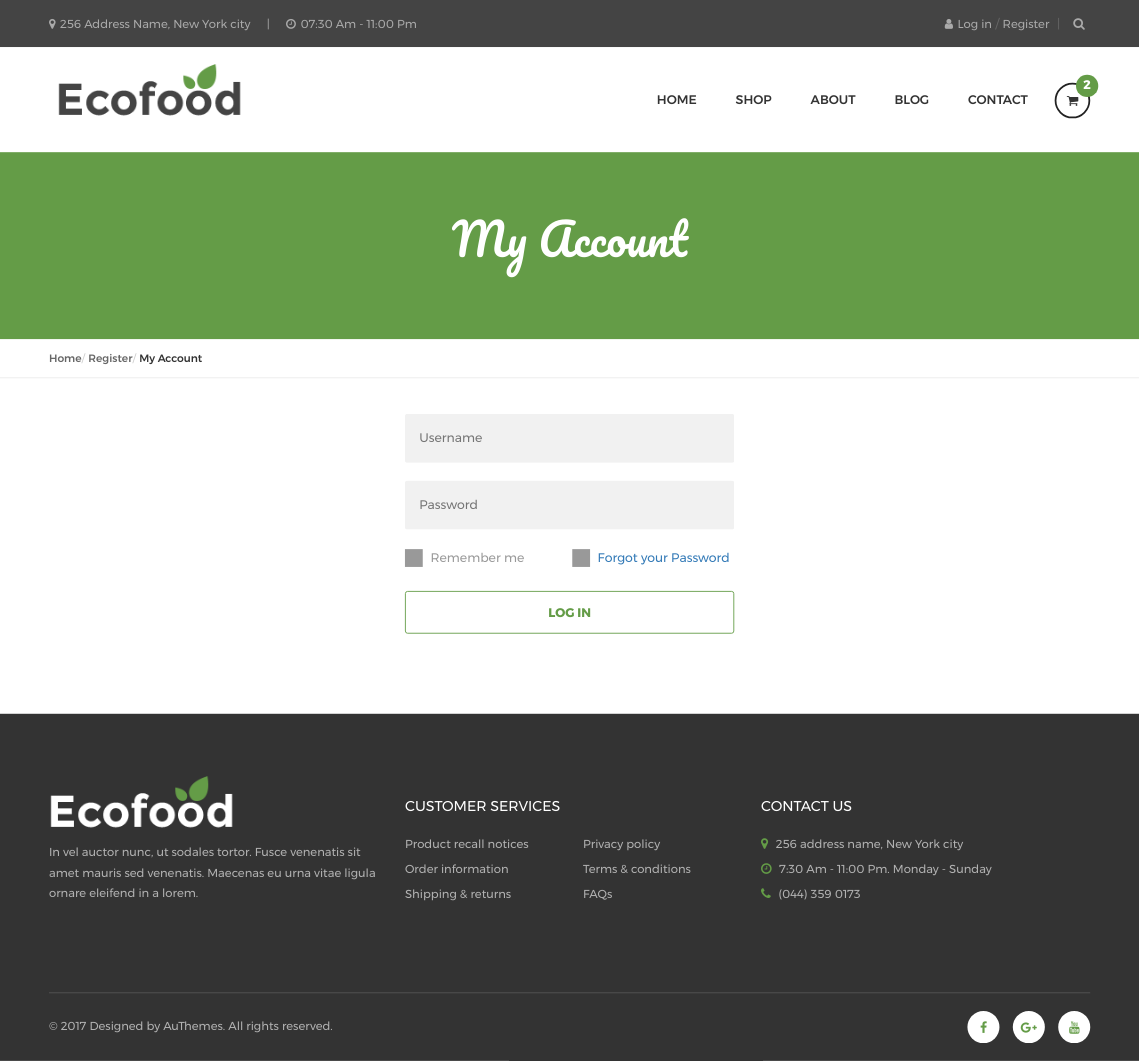
Repository: riteshyadav7878/ecofood
Page: http://localhost/login.php
An editor plug-in stored every save of this project. The page is shown before and after the next save, followed by the edit.
The browser window is 1280 px wide. The pictures show the whole page, at 89% of full size.
The page is run by PHP 8.4 with error messages shown; the project is at /var/www/html/.

Above is the page before, as saved 2024-09-09 17:51:06.

After the next save:
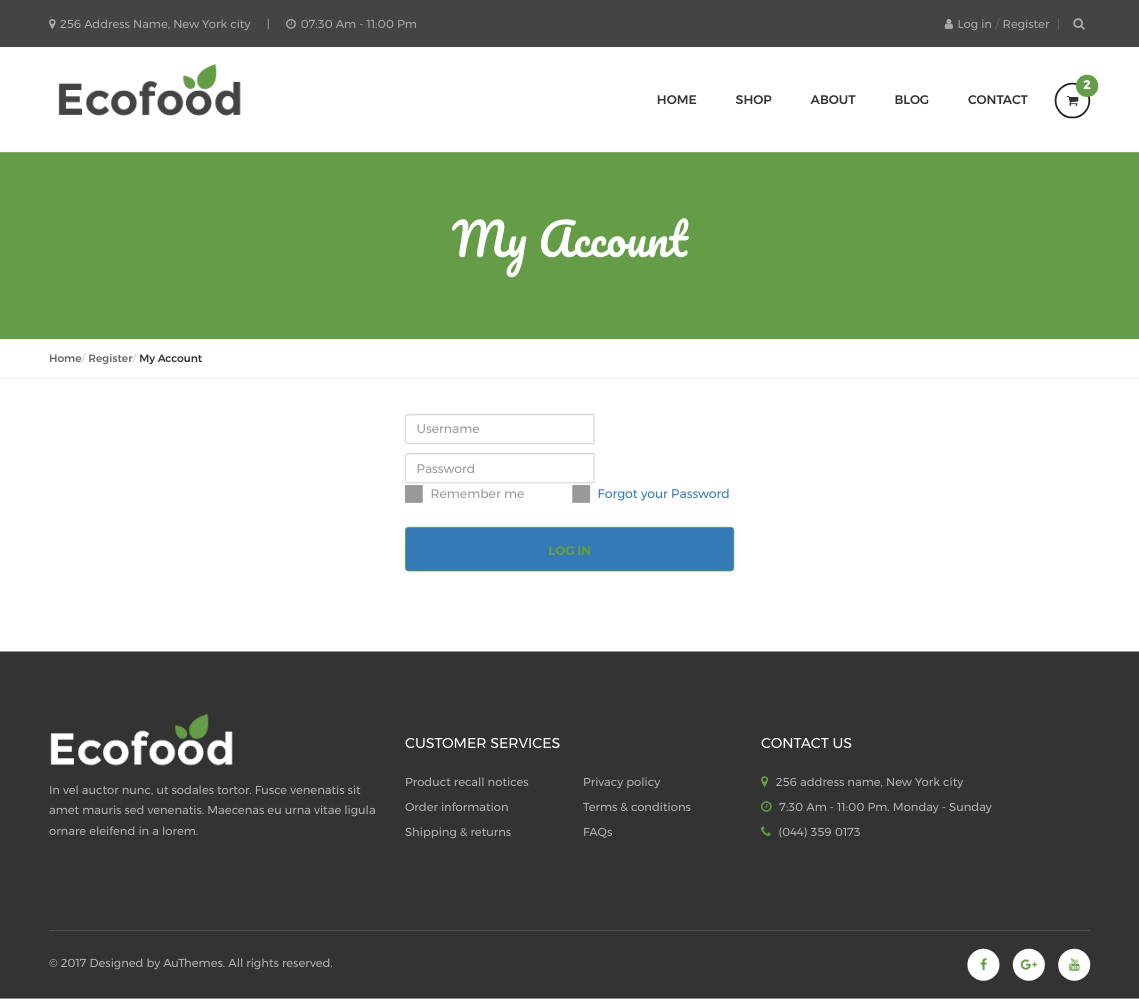
Saved 4 min 11 s later.
--- a/login.php
+++ b/login.php
@@ -45,7 +45,7 @@
 $conn->close();
 ?>
 
- <!DOCTYPE html>
+<!DOCTYPE html>
 <html class="no-js" lang="en">
 <head>
     <meta charset="UTF-8">
@@ -70,6 +70,12 @@
     <link rel="apple-touch-icon" sizes="72x72" href="apple-touch-icon-72x72.png">
     <link rel="apple-touch-icon" sizes="114x114" href="apple-touch-icon-114x114.png">
     <script src="js/modernizr-custom.js"></script>
+
+    <style>
+        .form-control, .btn-submit {
+            height: 50px; /* Set the height of the input and button to match */
+        }
+    </style>
 </head>
 <body>
     <div class="page-loader">
@@ -79,41 +85,35 @@
         <!-- Switcher content here -->
     </div>
     <header>
-
-<!--    Navbar -->
-
-
-
-<div class="section dark-background">
-<div class="container">
-<div class="header-2">
-<div class="header-left">
-<p>
-<i class="fa fa-map-marker"></i>256 Address Name, New York city
-<span>|</span>
-<i class="fa fa-clock-o"></i>07:30 Am - 11:00 Pm</p>
-</div>
-<div class="header-right">
-<div class="header-login">
-<a href="login.php">
-<i class="fa fa-user"></i>Log in</a>
-<span>/</span>
-<a href="register.php">Register</a>
-
-</div>
-<span class="divider">|</span>
-<div class="header-search">
-<button class="fa fa-search"></button>
-<div class="search-box">
-<input type="text" placeholder="Search..." />
-</div>
-</div>
-</div>
-</div>
-</div>
-</div>
-
-</header>
+        <div class="section dark-background">
+            <div class="container">
+                <div class="header-2">
+                    <div class="header-left">
+                        <p>
+                            <i class="fa fa-map-marker"></i>256 Address Name, New York city
+                            <span>|</span>
+                            <i class="fa fa-clock-o"></i>07:30 Am - 11:00 Pm
+                        </p>
+                    </div>
+                    <div class="header-right">
+                        <div class="header-login">
+                            <a href="login.php">
+                                <i class="fa fa-user"></i>Log in</a>
+                            <span>/</span>
+                            <a href="register.php">Register</a>
+                        </div>
+                        <span class="divider">|</span>
+                        <div class="header-search">
+                            <button class="fa fa-search"></button>
+                            <div class="search-box">
+                                <input type="text" placeholder="Search..." />
+                            </div>
+                        </div>
+                    </div>
+                </div>
+            </div>
+        </div>
+    </header>
 
     <?php include 'Navbar.php'; ?>
 
@@ -134,7 +134,6 @@
                         <li><a href="index.php">Home</a></li>
                         <li><a href="register.php">Register</a></li>
                         <li><a href="login.php">My Account</a></li>
-
                     </ul>
                 </div>
             </div>
@@ -146,24 +145,29 @@
             <div class="row">
                 <div class="col-md-4 col-md-push-4">
                     <div class="register-1 login-1">
-                    <form class="theme-form" method="POST" action="login.php">
-                        <input class="theme-input-text" type="text" name="username" placeholder="Username" required />
-                        <input class="theme-input-text" type="password" name="password" placeholder="Password" required />
-                        <div class="theme-checkbox">
-                            <div class="item theme-input-chk">
-                                <input type="checkbox" id="remember-me" name="remember-me" />
-                                <label for="remember-me"></label>
-                                <span>Remember me</span>
-                            </div>
-                            <div class="item theme-input-chk">
-                                <input type="checkbox" id="forgot-password" />
-                                <label for="forgot-password"></label>
-                                <span><a href="forgot_password.php">Forgot your Password</a></span>
-                            </div>
-                        </div>
-                        <button class="au-btn au-btn-border au-btn-radius btn-block btn-submit" type="submit">LOG IN</button>
-                    </form>
-
+                        <form class="theme-form" method="POST" action="login.php" onsubmit="return validateForm()">
+                            <div class="input-group">
+                                <input class="form-control" type="text" id="username" name="username" placeholder="Username" />
+                                <span id="usernameError" class="error-message" style="color:red;display:none;">Username is required</span>
+                            </div>
+                            <div class="input-group m-t-10">
+                                <input class="form-control" type="password" id="password" name="password" placeholder="Password" />
+                                <span id="passwordError" class="error-message" style="color:red;display:none;">Password is required</span>
+                            </div>
+                            <div class="theme-checkbox">
+                                <div class="item theme-input-chk">
+                                    <input type="checkbox" id="remember-me" name="remember-me" />
+                                    <label for="remember-me"></label>
+                                    <span>Remember me</span>
+                                </div>
+                                <div class="item theme-input-chk">
+                                    <input type="checkbox" id="forgot-password" />
+                                    <label for="forgot-password"></label>
+                                    <span><a href="forgot_password.php">Forgot your Password</a></span>
+                                </div>
+                            </div>
+                            <button class="btn btn-submit btn-block btn-primary" type="submit">LOG IN</button>
+                        </form>
                     </div>
                 </div>
             </div>
@@ -183,5 +187,36 @@
     <script src="js/switcher-custom.js"></script>
     <script src="js/owl-custom.js"></script>
     <script src="js/main.js"></script>
+
+    <script>
+        function validateForm() {
+            var username = document.getElementById("username");
+            var password = document.getElementById("password");
+
+            var usernameError = document.getElementById("usernameError");
+            var passwordError = document.getElementById("passwordError");
+
+            var valid = true;
+
+            username.style.borderColor = "";
+            password.style.borderColor = "";
+            usernameError.style.display = "none";
+            passwordError.style.display = "none";
+
+            if (username.value.trim() === "") {
+                username.style.borderColor = "red";
+                usernameError.style.display = "block";
+                valid = false;
+            }
+
+            if (password.value.trim() === "") {
+                password.style.borderColor = "red";
+                passwordError.style.display = "block";
+                valid = false;
+            }
+
+            return valid;
+        }
+    </script>
 </body>
 </html>

After the 2 saves that followed:
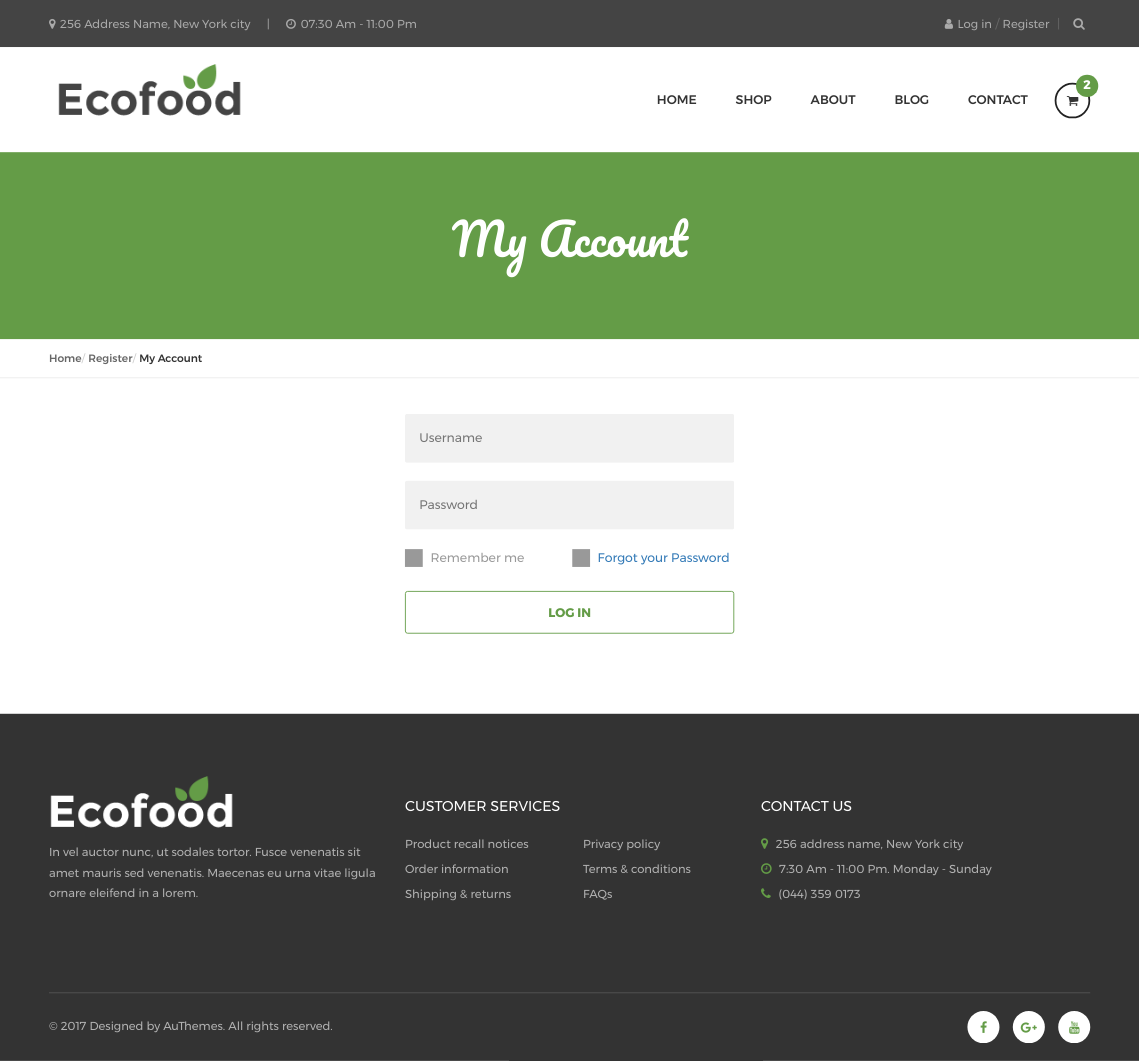
The 2 saves are shown as one change because they came seconds apart.
The last was saved 13 s later.
--- a/login.php
+++ b/login.php
@@ -45,7 +45,7 @@
 $conn->close();
 ?>
 
-<!DOCTYPE html>
+ <!DOCTYPE html>
 <html class="no-js" lang="en">
 <head>
     <meta charset="UTF-8">
@@ -70,12 +70,6 @@
     <link rel="apple-touch-icon" sizes="72x72" href="apple-touch-icon-72x72.png">
     <link rel="apple-touch-icon" sizes="114x114" href="apple-touch-icon-114x114.png">
     <script src="js/modernizr-custom.js"></script>
-
-    <style>
-        .form-control, .btn-submit {
-            height: 50px; /* Set the height of the input and button to match */
-        }
-    </style>
 </head>
 <body>
     <div class="page-loader">
@@ -85,35 +79,41 @@
         <!-- Switcher content here -->
     </div>
     <header>
-        <div class="section dark-background">
-            <div class="container">
-                <div class="header-2">
-                    <div class="header-left">
-                        <p>
-                            <i class="fa fa-map-marker"></i>256 Address Name, New York city
-                            <span>|</span>
-                            <i class="fa fa-clock-o"></i>07:30 Am - 11:00 Pm
-                        </p>
-                    </div>
-                    <div class="header-right">
-                        <div class="header-login">
-                            <a href="login.php">
-                                <i class="fa fa-user"></i>Log in</a>
-                            <span>/</span>
-                            <a href="register.php">Register</a>
-                        </div>
-                        <span class="divider">|</span>
-                        <div class="header-search">
-                            <button class="fa fa-search"></button>
-                            <div class="search-box">
-                                <input type="text" placeholder="Search..." />
-                            </div>
-                        </div>
-                    </div>
-                </div>
-            </div>
-        </div>
-    </header>
+
+<!--    Navbar -->
+
+
+
+<div class="section dark-background">
+<div class="container">
+<div class="header-2">
+<div class="header-left">
+<p>
+<i class="fa fa-map-marker"></i>256 Address Name, New York city
+<span>|</span>
+<i class="fa fa-clock-o"></i>07:30 Am - 11:00 Pm</p>
+</div>
+<div class="header-right">
+<div class="header-login">
+<a href="login.php">
+<i class="fa fa-user"></i>Log in</a>
+<span>/</span>
+<a href="register.php">Register</a>
+
+</div>
+<span class="divider">|</span>
+<div class="header-search">
+<button class="fa fa-search"></button>
+<div class="search-box">
+<input type="text" placeholder="Search..." />
+</div>
+</div>
+</div>
+</div>
+</div>
+</div>
+
+</header>
 
     <?php include 'Navbar.php'; ?>
 
@@ -134,6 +134,7 @@
                         <li><a href="index.php">Home</a></li>
                         <li><a href="register.php">Register</a></li>
                         <li><a href="login.php">My Account</a></li>
+
                     </ul>
                 </div>
             </div>
@@ -145,29 +146,24 @@
             <div class="row">
                 <div class="col-md-4 col-md-push-4">
                     <div class="register-1 login-1">
-                        <form class="theme-form" method="POST" action="login.php" onsubmit="return validateForm()">
-                            <div class="input-group">
-                                <input class="form-control" type="text" id="username" name="username" placeholder="Username" />
-                                <span id="usernameError" class="error-message" style="color:red;display:none;">Username is required</span>
+                    <form class="theme-form" method="POST" action="login_process.php">
+                        <input class="theme-input-text" type="text" name="username" placeholder="Username" required />
+                        <input class="theme-input-text" type="password" name="password" placeholder="Password" required />
+                        <div class="theme-checkbox">
+                            <div class="item theme-input-chk">
+                                <input type="checkbox" id="remember-me" name="remember-me" />
+                                <label for="remember-me"></label>
+                                <span>Remember me</span>
                             </div>
-                            <div class="input-group m-t-10">
-                                <input class="form-control" type="password" id="password" name="password" placeholder="Password" />
-                                <span id="passwordError" class="error-message" style="color:red;display:none;">Password is required</span>
+                            <div class="item theme-input-chk">
+                                <input type="checkbox" id="forgot-password" />
+                                <label for="forgot-password"></label>
+                                <span><a href="forgot_password.php">Forgot your Password</a></span>
                             </div>
-                            <div class="theme-checkbox">
-                                <div class="item theme-input-chk">
-                                    <input type="checkbox" id="remember-me" name="remember-me" />
-                                    <label for="remember-me"></label>
-                                    <span>Remember me</span>
-                                </div>
-                                <div class="item theme-input-chk">
-                                    <input type="checkbox" id="forgot-password" />
-                                    <label for="forgot-password"></label>
-                                    <span><a href="forgot_password.php">Forgot your Password</a></span>
-                                </div>
-                            </div>
-                            <button class="btn btn-submit btn-block btn-primary" type="submit">LOG IN</button>
-                        </form>
+                        </div>
+                        <button class="au-btn au-btn-border au-btn-radius btn-block btn-submit" type="submit">LOG IN</button>
+                    </form>
+
                     </div>
                 </div>
             </div>
@@ -187,36 +183,5 @@
     <script src="js/switcher-custom.js"></script>
     <script src="js/owl-custom.js"></script>
     <script src="js/main.js"></script>
-
-    <script>
-        function validateForm() {
-            var username = document.getElementById("username");
-            var password = document.getElementById("password");
-
-            var usernameError = document.getElementById("usernameError");
-            var passwordError = document.getElementById("passwordError");
-
-            var valid = true;
-
-            username.style.borderColor = "";
-            password.style.borderColor = "";
-            usernameError.style.display = "none";
-            passwordError.style.display = "none";
-
-            if (username.value.trim() === "") {
-                username.style.borderColor = "red";
-                usernameError.style.display = "block";
-                valid = false;
-            }
-
-            if (password.value.trim() === "") {
-                password.style.borderColor = "red";
-                passwordError.style.display = "block";
-                valid = false;
-            }
-
-            return valid;
-        }
-    </script>
 </body>
 </html>
